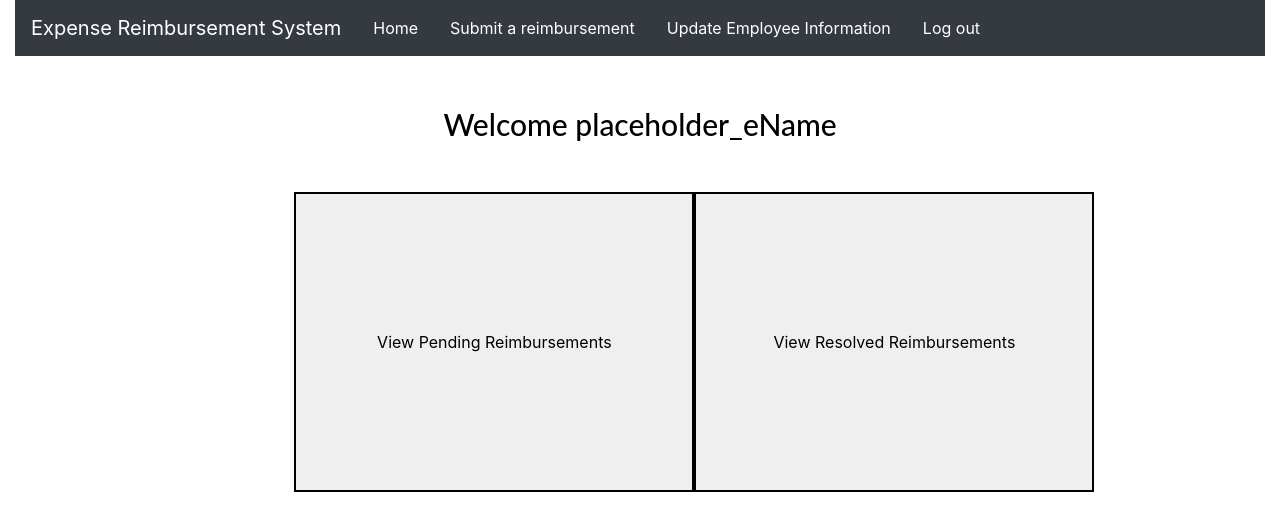
Repository: Trevormulrenin/ers-app
Page: ers-app/src/main/webapp/html/employee_home.html
These files come from the project's save history. The page is drawn as it stood at one moment and after the next save; the edit follows.
The browser window is 1280 px wide. The pictures show the whole page.

Above is the page before, as saved 2021-04-01 16:15:09.

After the next save:
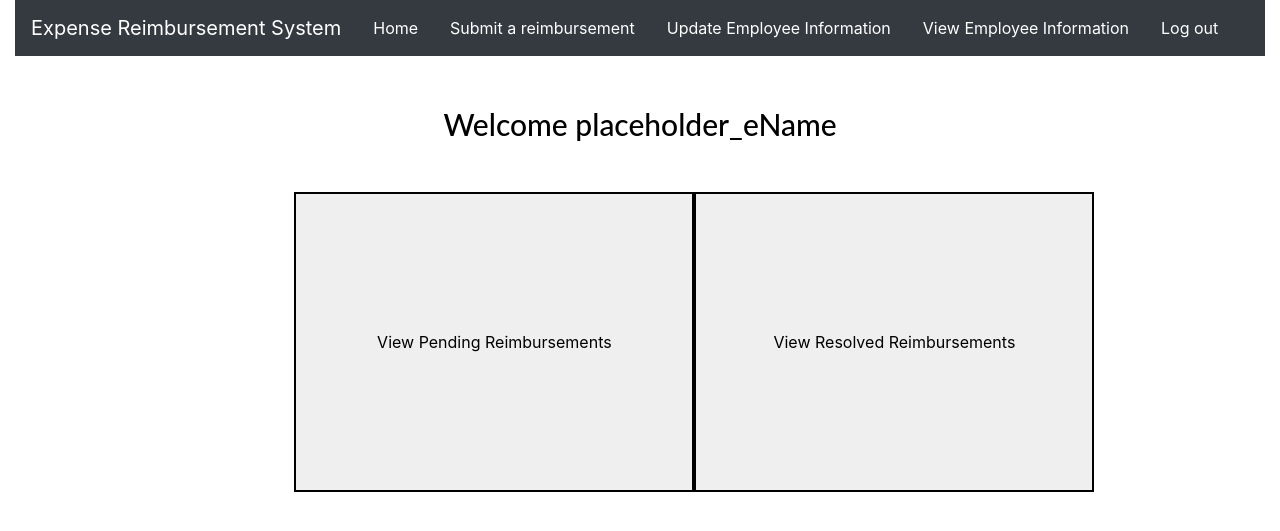
Saved 11 min 19 s later.
--- a/ers-app/src/main/webapp/html/employee_home.html
+++ b/ers-app/src/main/webapp/html/employee_home.html
@@ -48,7 +48,7 @@
 				<a class="nav-item nav-link" href="http://localhost:9731/ers-app/EmployeeHomeServlet">Home</a>
 				<a class="nav-item nav-link" href="html/reimbursement_home.html">Submit a reimbursement</a>
 				<a class="nav-item nav-link" href="html/employee_info.html">Update Employee Information</a>
-
+				<a class="nav-item nav-link" href="http://localhost:9731/ers-app/EmployeeInfoServlet">View Employee Information</a>
 			<div class="nav-list-right" id="navbar-menu-right">
 				<a class="nav-item nav-link" href="html/logout.html">Log out</a>
 			</div>
